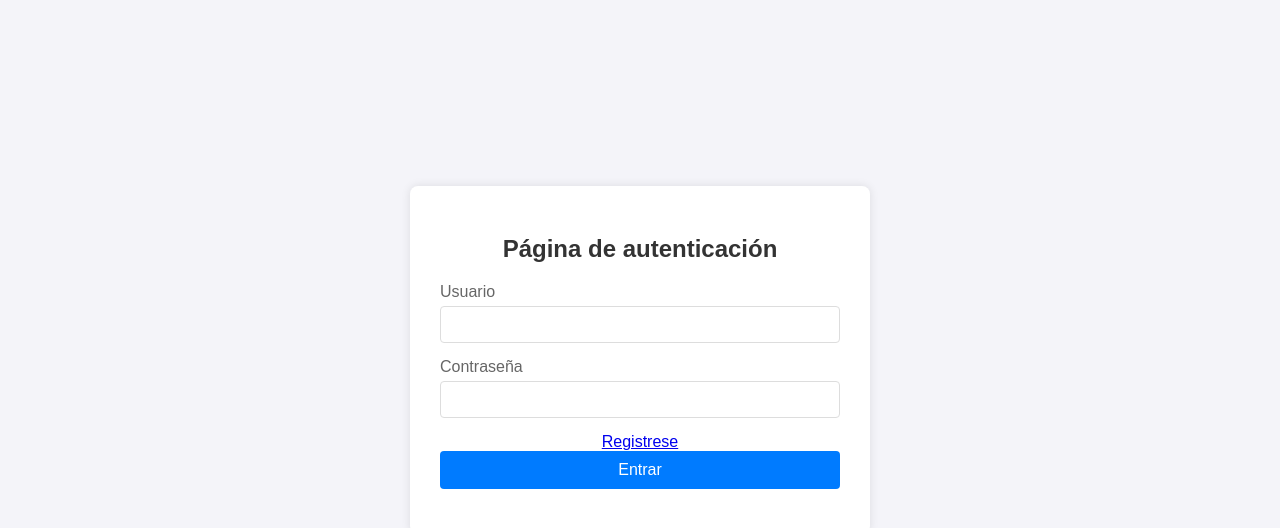
Repository: jmanuel34/springWeb
Page: 12_libreria_sping_jm/src/main/webapp/login.html
The author's editor kept a copy of each file at every save. The page is drawn from the files as they stood at one save, then again after the next save.
The browser window is 1280 px wide. The pictures show the whole page.

Above is the page before, as saved 2024-07-18 20:48:42.

### 12_libreria_sping_jm/src/main/webapp/login.html
<!DOCTYPE html>
<html lang="es">
<head>
    <meta charset="UTF-8">
    <meta name="viewport" content="width=device-width, initial-scale=1.0">
    <title>Autenticación de Usuarios</title>
    <link rel="stylesheet" href="styles.css">
    <!-- las siguientes etiquetas meta sirven para que el navegador
	no cachee la página
	-->
	<meta http-equiv="Expires" content="0">
	<meta http-equiv="Last-Modified" content="0">
	<meta http-equiv="Cache-Control" content="no-cache, mustrevalidate">
	<meta http-equiv="Pragma" content="no-cache">
</head>
<body>
    <div class="container">
        <div class="login-box">
            <h2>Página de autenticación</h2>
            <form action="login" method="post">
                <div class="input-group">
                    <label for="username">Usuario</label>
                    <input type="text" id="username" name="usuario" required>
                </div>
                <div class="input-group">
                    <label for="password">Contraseña</label>
                    <input type="password" id="password" name="password" required>
                </div>
              </form>
              <form>
                <div class="form-group remember-me">
                    <a href="altaCliente">Registrese</a>
                </div>
                <div class="input-group">
                    <button type="submit">Entrar</button>
                </div>
            </form>
        </div>
    </div>
</body>
</html>

### 12_libreria_sping_jm/src/main/webapp/styles.css
body {
    font-family: 'Arial', sans-serif;
    margin: 0;
    padding: 0;
    display: flex;
    justify-content: center;
    align-items: center;
    height: 100vh;
    background-color: #f4f4f9;
}

.container {
    display: flex;
    justify-content: center;
    align-items: center;
    width: 100%;
    height: 100%;
}

.login-box {
    background-color: #ffffff;
    padding: 30px;
    border-radius: 8px;
    box-shadow: 0 0 10px rgba(0, 0, 0, 0.1);
    width: 100%;
    max-width: 400px;
    text-align: center;
}

.login-box h2 {
    margin-bottom: 20px;
    color: #333333;
}

.input-group {
    margin-bottom: 15px;
    text-align: left;
}

.input-group label {
    display: block;
    margin-bottom: 5px;
    color: #666666;
}

.input-group input {
    width: 100%;
    padding: 10px;
    border: 1px solid #dddddd;
    border-radius: 4px;
    box-sizing: border-box;
}

.input-group button {
    width: 100%;
    padding: 10px;
    background-color: #007bff;
    border: none;
    border-radius: 4px;
    color: #ffffff;
    font-size: 16px;
    cursor: pointer;
}

.input-group button:hover {
    background-color: #0056b3;
}

.forgot-password {
    margin-top: 10px;
}

.forgot-password a {
    color: #007bff;
    text-decoration: none;
}

.forgot-password a:hover {
    text-decoration: underline;
}

After the next save:
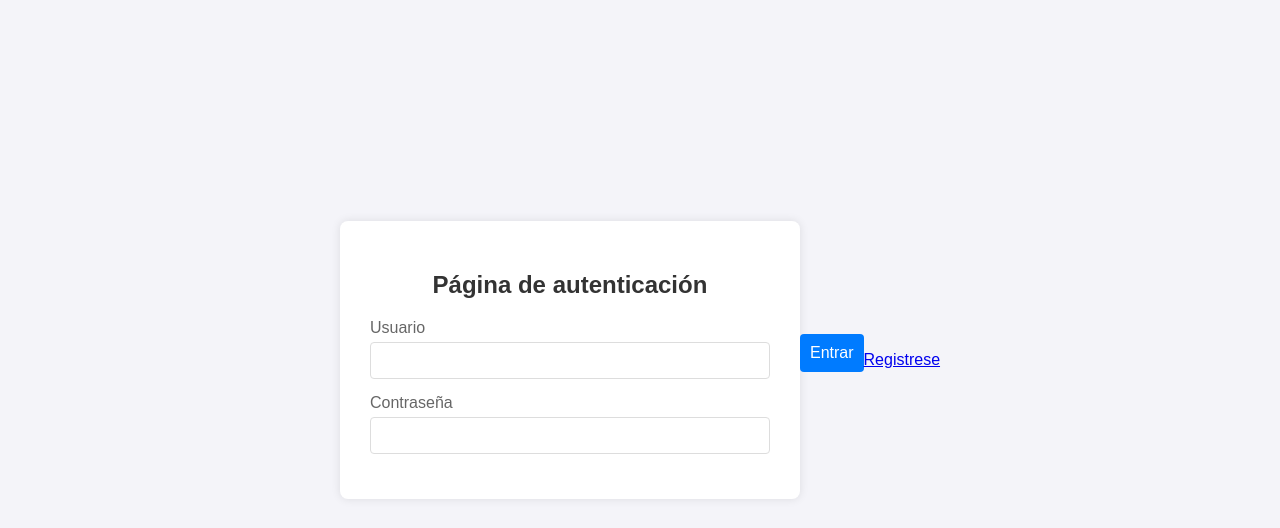
Saved 59 s later.
--- a/12_libreria_sping_jm/src/main/webapp/login.html
+++ b/12_libreria_sping_jm/src/main/webapp/login.html
@@ -26,14 +26,16 @@
                     <label for="password">Contraseña</label>
                     <input type="password" id="password" name="password" required>
                 </div>
+                 </div>
+                <div class="input-group">
+                    <button type="submit">Entrar</button>
+                </div>
+
               </form>
               <form>
                 <div class="form-group remember-me">
                     <a href="altaCliente">Registrese</a>
-                </div>
-                <div class="input-group">
-                    <button type="submit">Entrar</button>
-                </div>
+
             </form>
         </div>
     </div>
